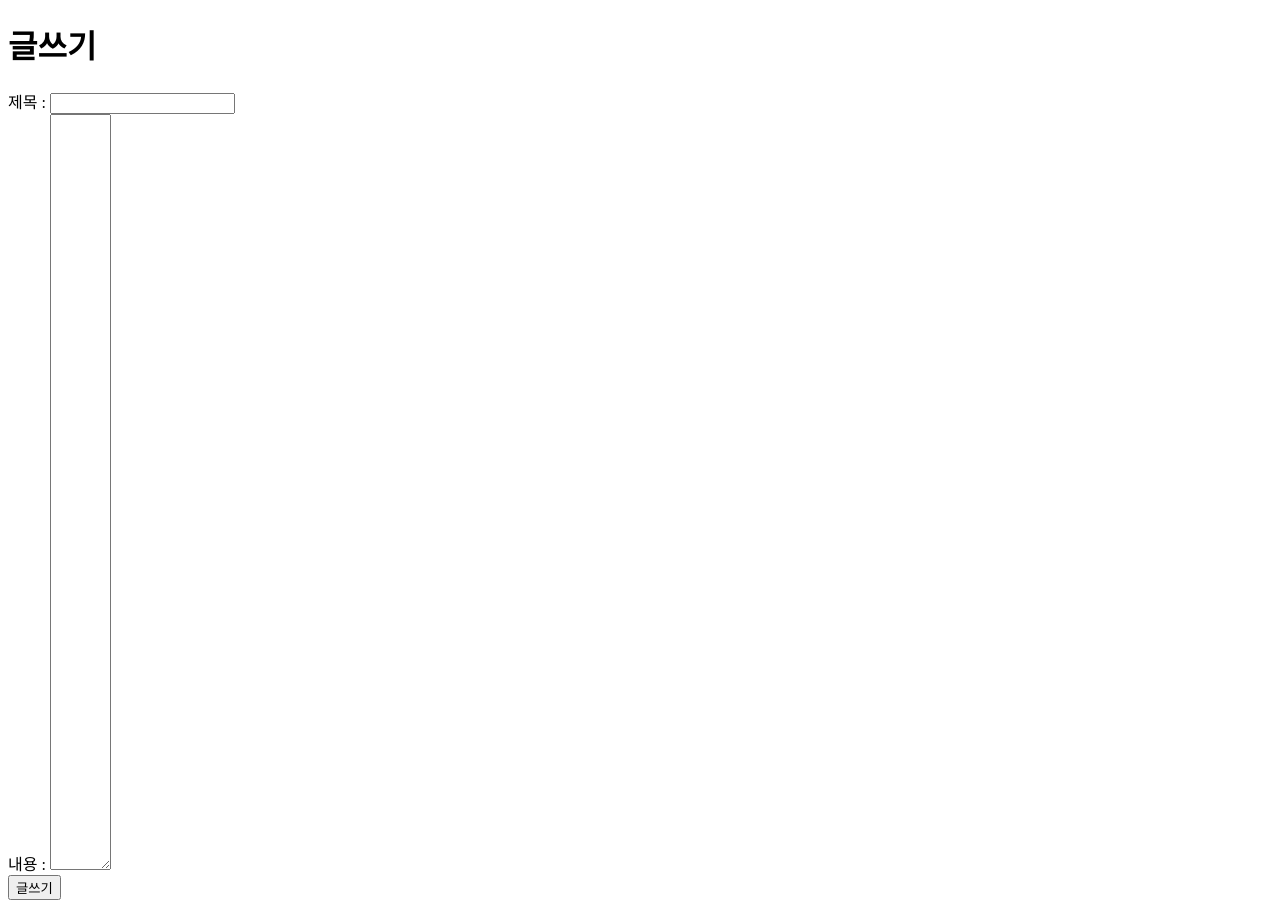
Repository: Bigdog93/WebworkspacePT
Page: http://localhost/BoardVer3/write
The author's editor kept a copy of each file at every save. The page is drawn from the files as they stood at one save, then again after the next save.
The browser window is 1280 px wide. The pictures show the whole page.
The page is served by Tomcat 9. Other server files are loaded and not shown.

Above is the page before, as saved 2021-04-28 01:23:45.

### WebWorkSpace/BoardVer3/src/main/webapp/WEB-INF/jsp/write.jsp
<%@ page language="java" contentType="text/html; charset=UTF-8"
    pageEncoding="UTF-8"%>
<!DOCTYPE html>
<html>
<head>
<meta charset="UTF-8">
<title>글쓰기</title>
</head>
<body>
	<h1>글쓰기</h1>
	<form action="/write" method="post">
		<div>
			제목 : <input type="text" name="title">
		</div>
		<div>
			내용 : <textarea rows="50" cols="5" name="ctnt"></textarea>
		</div>
		<input type="submit" value="글쓰기">
	</form>
</body>
</html>

### WebWorkSpace/BoardVer3/src/main/java/com/koreait/board2/BoardWriteServlet.java
package com.koreait.board2;

import java.io.IOException;
import javax.servlet.ServletException;
import javax.servlet.annotation.WebServlet;
import javax.servlet.http.HttpServlet;
import javax.servlet.http.HttpServletRequest;
import javax.servlet.http.HttpServletResponse;

@WebServlet("/write")
public class BoardWriteServlet extends HttpServlet {
	private static final long serialVersionUID = 1L;

	protected void doGet(HttpServletRequest request, HttpServletResponse response) throws ServletException, IOException {
		String url = "/WEB-INF/jsp/write.jsp";
		request.getRequestDispatcher(url).forward(request, response);
	}

	protected void doPost(HttpServletRequest request, HttpServletResponse response) throws ServletException, IOException {

	}

}

After the next save:
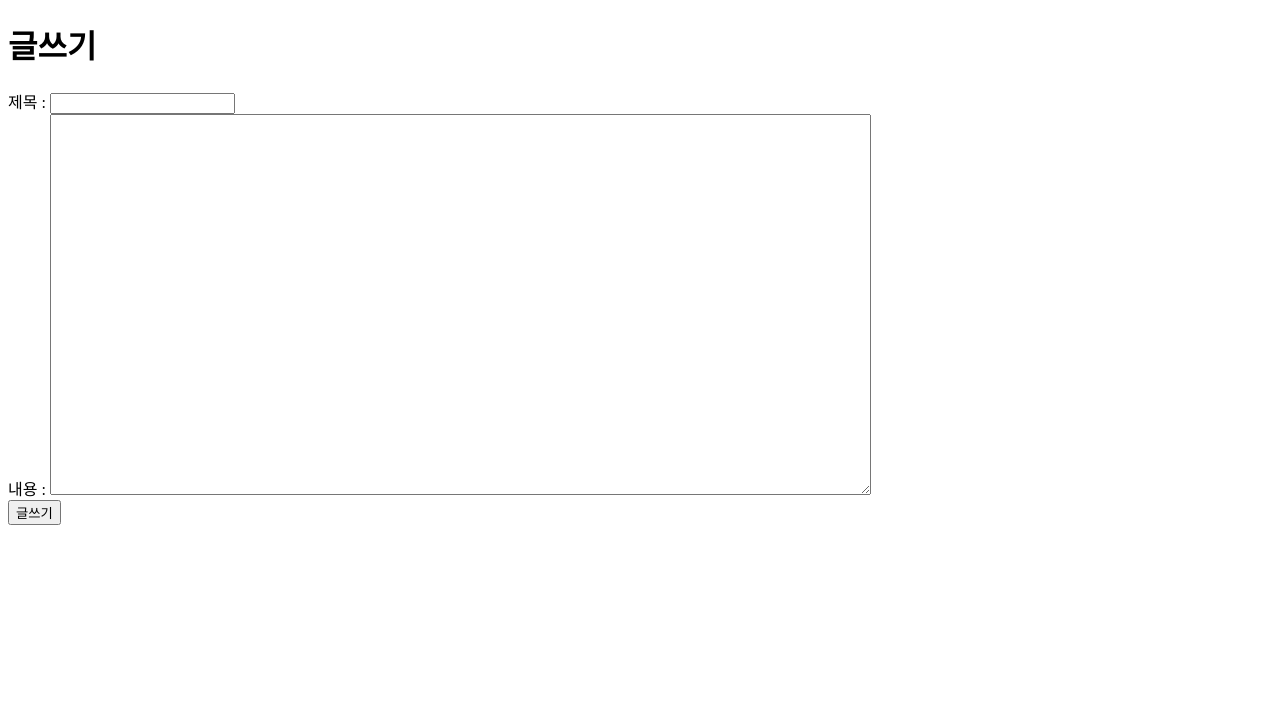
Saved 15 s later.
--- a/WebWorkSpace/BoardVer3/src/main/webapp/WEB-INF/jsp/write.jsp
+++ b/WebWorkSpace/BoardVer3/src/main/webapp/WEB-INF/jsp/write.jsp
@@ -13,7 +13,7 @@
 			제목 : <input type="text" name="title">
 		</div>
 		<div>
-			내용 : <textarea rows="50" cols="5" name="ctnt"></textarea>
+			내용 : <textarea rows="25" cols="100" name="ctnt"></textarea>
 		</div>
 		<input type="submit" value="글쓰기">
 	</form>
